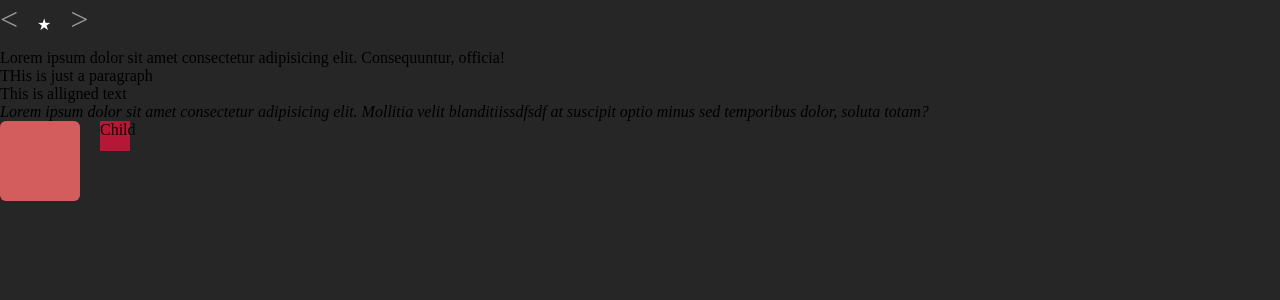
Repository: robin-webdev/frontend
Page: CSS/index.html
The author's editor kept a copy of each file at every save. The page is drawn from the files as they stood at one save, then again after the next save.
The browser window is 1280 px wide. The pictures show the whole page.
The style sheet was rebuilt from its Sass, Less or Tailwind sources for each picture, by a compiler version that may differ from the author's.

Above is the page before, as saved 2025-12-16 06:45:26.

### CSS/index.html
<!DOCTYPE html>
<html lang="en">
  <head>
    <meta charset="UTF-8" />
    <meta name="viewport" content="width=device-width, initial-scale=1.0" />
    <title>SCSS</title>
    <link rel="stylesheet" href="style.css" />
  </head>
  <body>
    <main>
      <section class="section1">
        <span class="quote">
          <span class="icon"></span>
        </span>
      </section>
      <section class="section2">Lorem ipsum dolor sit amet consectetur adipisicing elit. Consequuntur, officia!
        <p>THis is just a paragraph</p>
      </section>
      <section class="section3">This is alligned text
        <p>Lorem ipsum dolor sit amet consectetur adipisicing elit. Mollitia velit blanditiissdfsdf at suscipit optio minus sed temporibus dolor, soluta totam?</p>
      </section>
      <section class="section4">
        <div class="child">Child</div>
      </section>
      <section class="section5"></section>
    </main>
  </body>
</html>

### CSS/style.scss
* {
  margin: 0;
  padding: 0;
  box-sizing: border-box;
}
html,
body {
  height: 100%;
  width: 100%;
  background-color: rgb(38, 38, 38);
}

.quote::before {
  content: "<"; /* Adds opening quote */
  font-size: 2em;
  color: #999;
}

.quote::after {
  content: ">"; /* Adds closing quote */
  font-size: 2em;
  color: #999;
}

.icon::before {
  content: "★"; /* Adds star icon before text */
  display: inline-block;
  padding: 15px;
  color: white;
}

.section2::selection {
  background-color: #ff6b6b; /* Color when text is highlighted */
  color: white;
}

.section2 {
  p::selection {
    background-color: yellow; /* Specific to paragraphs */
    color: black;
  }
}

.section3 {
  // text-indent: 50px;
  // letter-spacing: 5px;
  // text-align: center;

  p {
    // word-break: break-all;
    white-space: nowrap;
    overflow: hidden;
    text-overflow: ellipsis;
    font-style: italic;

  }
}

.section4{
  height: 80px;
  width: 80px;
  background-color: #ff6b6b;
  border-radius: 6px;
  display: flex;
  backdrop-filter: blur(10px);
  opacity: 0.8;


}


.section4{
  .child{
    height: 30px;
    width: 30px;
    background-color: crimson;
    transform: translate(100px);
    position: relative;
  }
}

After the next save:
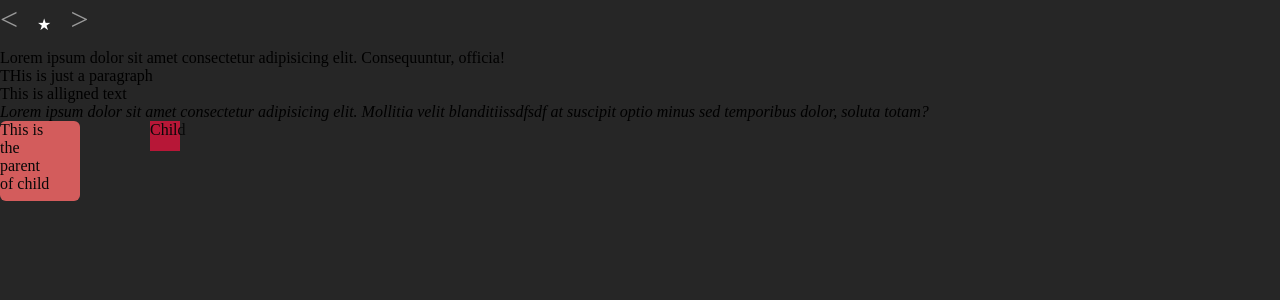
Saved 18 s later.
--- a/CSS/index.html
+++ b/CSS/index.html
@@ -19,7 +19,7 @@
       <section class="section3">This is alligned text
         <p>Lorem ipsum dolor sit amet consectetur adipisicing elit. Mollitia velit blanditiissdfsdf at suscipit optio minus sed temporibus dolor, soluta totam?</p>
       </section>
-      <section class="section4">
+      <section class="section4">This is the parent of child
         <div class="child">Child</div>
       </section>
       <section class="section5"></section>
